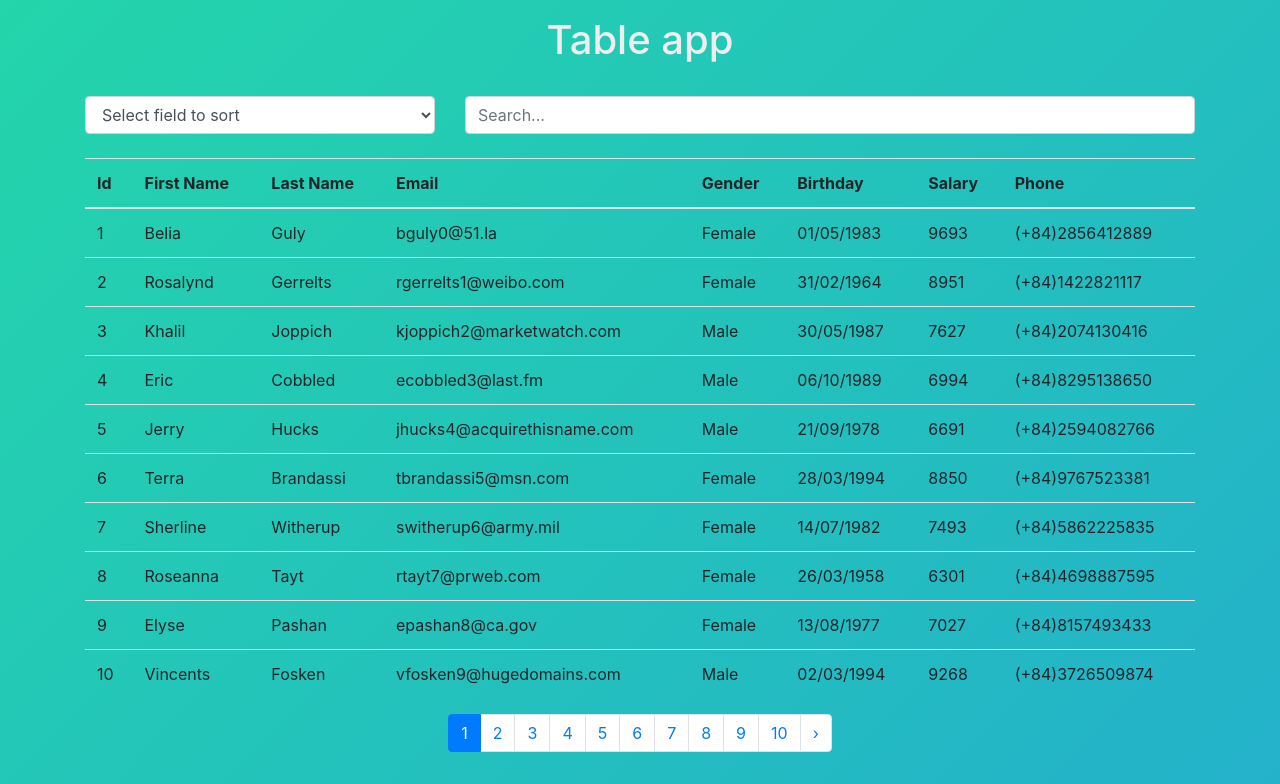
Repository: nguy3nds/table-app
Page: /
The author's editor kept a copy of each file at every save. The page is drawn from the files as they stood at one save, then again after a run of saves.
The browser window is 1280 px wide. The pictures show the whole page.
The project was rebuilt for these pictures with package versions that can differ from the ones it lists, and the page was loaded fresh each time.

Above is the page before, as saved 2021-09-21 16:08:15.

### src/index.tsx
import React from 'react';
import ReactDOM from 'react-dom';
import './index.css';
import App from './App';
import reportWebVitals from './reportWebVitals';
import 'bootstrap/dist/css/bootstrap.min.css';

ReactDOM.render(
  <React.StrictMode>
    <App />
  </React.StrictMode>,
  document.getElementById('root')
);

// If you want to start measuring performance in your app, pass a function
// to log results (for example: reportWebVitals(console.log))
// or send to an analytics endpoint. Learn more: https://bit.ly/CRA-vitals
reportWebVitals();

### src/index.css
body {
  margin: 0;
  font-family: -apple-system, BlinkMacSystemFont, "Segoe UI", "Roboto", "Oxygen",
    "Ubuntu", "Cantarell", "Fira Sans", "Droid Sans", "Helvetica Neue",
    sans-serif;
  -webkit-font-smoothing: antialiased;
  -moz-osx-font-smoothing: grayscale;
  color: #eee !important;
  background: linear-gradient(-45deg, #ee7752, #e73c7e, #23a6d5, #23d5ab);
  background-size: 400% 400%;
  animation: gradient 15s ease infinite;
  color: #eee !important;
}

code {
  font-family: source-code-pro, Menlo, Monaco, Consolas, "Courier New",
    monospace;
}

### src/App.tsx
import "./App.css";
import Data from "./users.json";
import { Col, Container, Row, Table } from "react-bootstrap";
import { ChangeEvent, useEffect, useState } from "react";
import PaginateComponent from "./components/PaginateComponent";
import SelectionBox from "./components/SelectionBox";
import UserInOnePage from "./components/UserInOnePage";
import styles from "./components/table.module.css";

export interface User {
  id: number;
  firstName: string;
  lastName: string;
  email: string;
  gender: string;
  birthday: string;
  salary: number;
  phone: string;
}

const App: React.FC = () => {
  const [users, setUsers] = useState<User[]>([]);
  const [data, setData] = useState<User[]>(Data);
  const [currentPage, setCurrentPage] = useState<number>(1);

  const USER_PER_PAGE = 10;

  useEffect(() => {
    const indexLastUser = currentPage * USER_PER_PAGE;
    const indexFirstUser = indexLastUser - USER_PER_PAGE;
    const currentUsers = data.slice(indexFirstUser, indexLastUser);

    setUsers(currentUsers);
  }, [currentPage, data]);

  const onSort = (e: React.ChangeEvent<HTMLInputElement>) => {
    let keyObj: keyof User = e.target.value as keyof User;
    let sortedUsers = users.sort((a: User, b: User) => {
      if (a[keyObj] < b[keyObj]) return -1;
      if (a[keyObj] > b[keyObj]) return 1;
      return 0;
    });
    setUsers([...sortedUsers]);
  };

  const onSelectedPage = (pageNum: number) => {
    setCurrentPage(pageNum);
  };

  const onPrev = () => {
    setCurrentPage(currentPage - 1);
  };

  const onNext = () => {
    setCurrentPage(currentPage + 1);
  };

  const onSearch = (e: ChangeEvent<HTMLInputElement>) => {
    let searchUsers = Data.filter((user: User) => {
      for (let prop in user) {
        if (
          user[prop as keyof User]
            .toString()
            .toLowerCase()
            .includes(e.target.value.toLowerCase())
        ) {
          return true;
        }
      }
      return false;
    });
    setData(searchUsers);
  };

  return (
    <div className="App">
      <Container className={styles.tableModify}>
        <h1 className="text-center p-3">Table app</h1>
        <Table>
          <Row className="my-2">
            <Col md="4">
              <SelectionBox handleSelection={onSort} />
            </Col>
            <Col>
              <input
                className="form-control"
                type="text"
                placeholder="Search..."
                onChange={onSearch}
              />
            </Col>
          </Row>

          <UserInOnePage users={users} />

          {data.length !== 0 && (
            <Row className="justify-content-center">
              <PaginateComponent
                pageNumber={Math.ceil(data.length / USER_PER_PAGE)}
                currentPage={currentPage}
                onSelectPage={onSelectedPage}
                handlePrev={onPrev}
                handleNext={onNext}
              />
            </Row>
          )}

          {data.length === 0 && (
            <Row className="justify-content-center">
              <p>Couldn't find anything for these key words</p>
            </Row>
          )}
        </Table>
      </Container>
    </div>
  );
};

export default App;

### src/components/PaginateComponent.tsx
import { Pagination } from 'react-bootstrap';

function PaginateComponent({ pageNumber, currentPage, onSelectPage, handlePrev, handleNext }: any) {
    let items = [];
    for (let number = 1; number <= pageNumber; number++) {
        items.push(
            <Pagination.Item key={number} active={number === currentPage} onClick={() => onSelectPage(number)}>
                {number}
            </Pagination.Item>,
        );
    }
    return (
        <div>
            <Pagination>
                {currentPage !== 1 && <Pagination.Prev onClick={handlePrev} />}
                {items}
                {currentPage !== pageNumber && <Pagination.Next onClick={handleNext}/>}
            </Pagination>
        </div>
    );
}

export default PaginateComponent;

### src/components/SelectionBox.tsx
import Form from "react-bootstrap/Form";
import React from "react";

// // Type '{ handleSelection: (e: ChangeEvent<HTMLInputElement>) => void; }' is not assignable to type 'IntrinsicAttributes & Event & { children?: ReactNode; }'.
//   Property 'handleSelection' does not exist on type 'IntrinsicAttributes & Event & { children?: ReactNode; }'.

const SelectionBox: React.FC<any> = ({ handleSelection }) => {
  return (
    <Form>
      <Form.Group>
        <Form.Control as="select" onChange={handleSelection}>
          <option>Select field to sort</option>
          <option value={"id"}>Id</option>
          <option value={"firstName"}>First Name</option>
          <option value={"lastName"}>Last Name</option>
          <option value={"email"}>Email</option>
          <option value={"gender"}>Gender</option>
          <option value={"birthday"}>Birthday</option>
          <option value={"salary"}>Salary</option>
          <option value={"phone"}>Phone</option>
        </Form.Control>
      </Form.Group>
    </Form>
  );
};

export default SelectionBox;

### src/components/UserInOnePage.tsx
import React from "react";
import Col from "react-bootstrap/esm/Col";
import Row from "react-bootstrap/esm/Row";
import TableData from "./TableData";

const UserInOnePage = (props: any) => {
  const formatDate = (date: string): string => {
    let d = new Date(date);
    let day =
      d.getDate().toString().length === 2
        ? d.getDate().toString()
        : "0" + d.getDate().toString();
    let month =
      d.getMonth().toString().length === 2
        ? d.getMonth().toString()
        : "0" + d.getMonth().toString();
    return day + "/" + month + "/" + d.getFullYear().toString();
  };

  const content = props.users.map((user: User) => (
    <tr key={user.id}>
      <td>{user.id}</td>
      <td>{user.firstName}</td>
      <td>{user.lastName}</td>
      <td>{user.email}</td>
      <td>{user.gender}</td>
      <td>{formatDate(user.birthday)}</td>
      <td>{user.salary}</td>
      <td>{"(+84)" + user.phone.replace(/-/g, "")}</td>
    </tr>
  ));

  return (
    <div>
      {props.users.length !== 0 && (
        <Row>
          <Col>
            <TableData content={content} />
          </Col>
        </Row>
      )}
    </div>
  );
};

export default UserInOnePage;

### src/components/TableData.tsx
import React from "react";
import Table from "react-bootstrap/Table";

const TableData: React.FC<any> = ({ content }) => {
  return (
    <Table>
      <thead>
        <tr>
          <th>Id</th>
          <th>First Name</th>
          <th>Last Name</th>
          <th>Email</th>
          <th>Gender</th>
          <th>Birthday</th>
          <th>Salary</th>
          <th>Phone</th>
        </tr>
      </thead>
      <tbody>{content}</tbody>
    </Table>
  );
};

export default TableData;

### src/components/table.module.css
/* .tableModify {
  color: #eee !important;
  background: linear-gradient(-45deg, #ee7752, #e73c7e, #23a6d5, #23d5ab);
  background-size: 400% 400%;
  animation: gradient 15s ease infinite;
}

@keyframes gradient {
  0% {
    background-position: 0% 50%;
  }
  50% {
    background-position: 100% 50%;
  }
  100% {
    background-position: 0% 50%;
  }
} */

/* const DivContainer = styled.div`
  padding-top: 30px;
  text-align: center;
  min-height: 100vh;
  color: #eee;
  background: linear-gradient(-45deg, #ee7752, #e73c7e, #23a6d5, #23d5ab);
  background-size: 400% 400%;
  animation: ${gradient} 15s ease infinite;
  padding-bottom: 100px;
`; */

Loaded but not shown: public/index.html (common file); src/reportWebVitals.ts (common file); src/users.json (1002 lines, source omitted); src/App.css (no stored copy; drawn as an empty file)

After the next 2 saves:
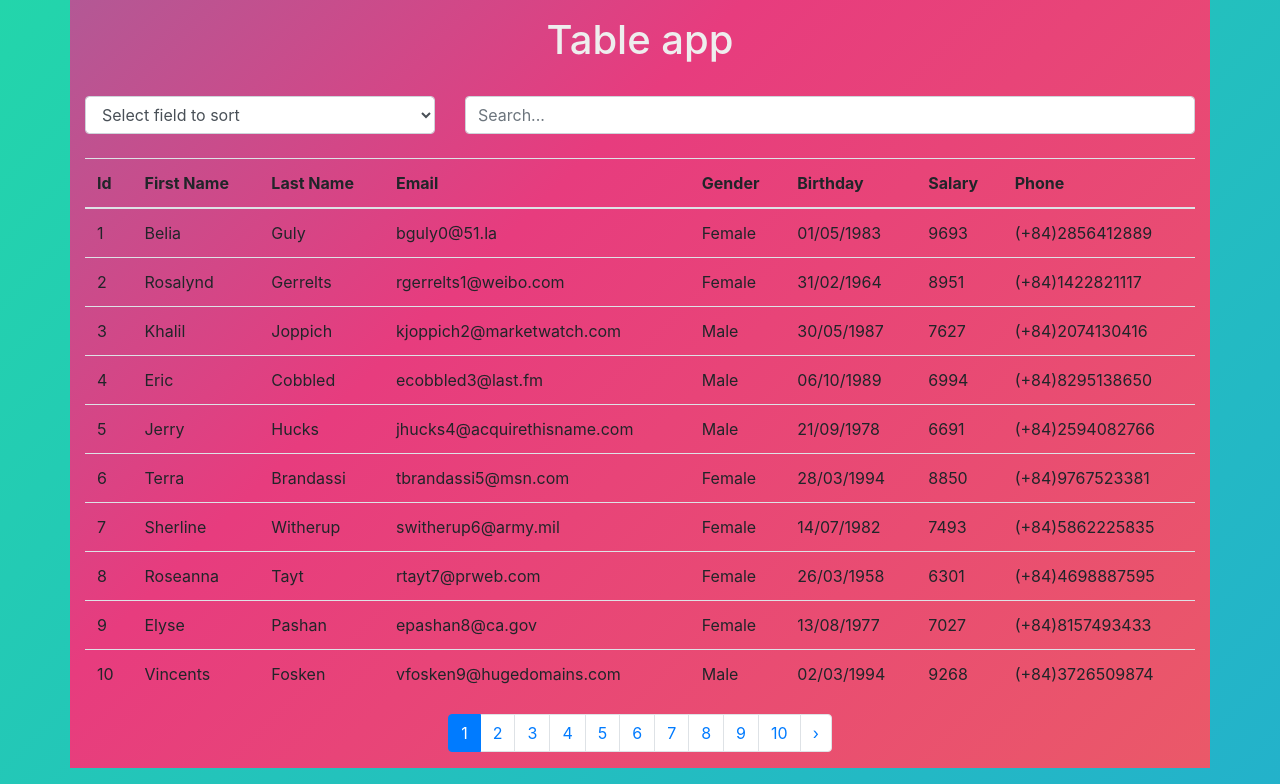
The 2 saves are shown as one change because they came seconds apart.
The last was saved 2 min 17 s later.
--- a/src/components/table.module.css
+++ b/src/components/table.module.css
@@ -1,10 +1,10 @@
-/* .tableModify {
+.tableModify {
   color: #eee !important;
   background: linear-gradient(-45deg, #ee7752, #e73c7e, #23a6d5, #23d5ab);
   background-size: 400% 400%;
   animation: gradient 15s ease infinite;
 }
-
+/*  */
 @keyframes gradient {
   0% {
     background-position: 0% 50%;
@@ -15,7 +15,7 @@
   100% {
     background-position: 0% 50%;
   }
-} */
+}
 
 /* const DivContainer = styled.div`
   padding-top: 30px;
